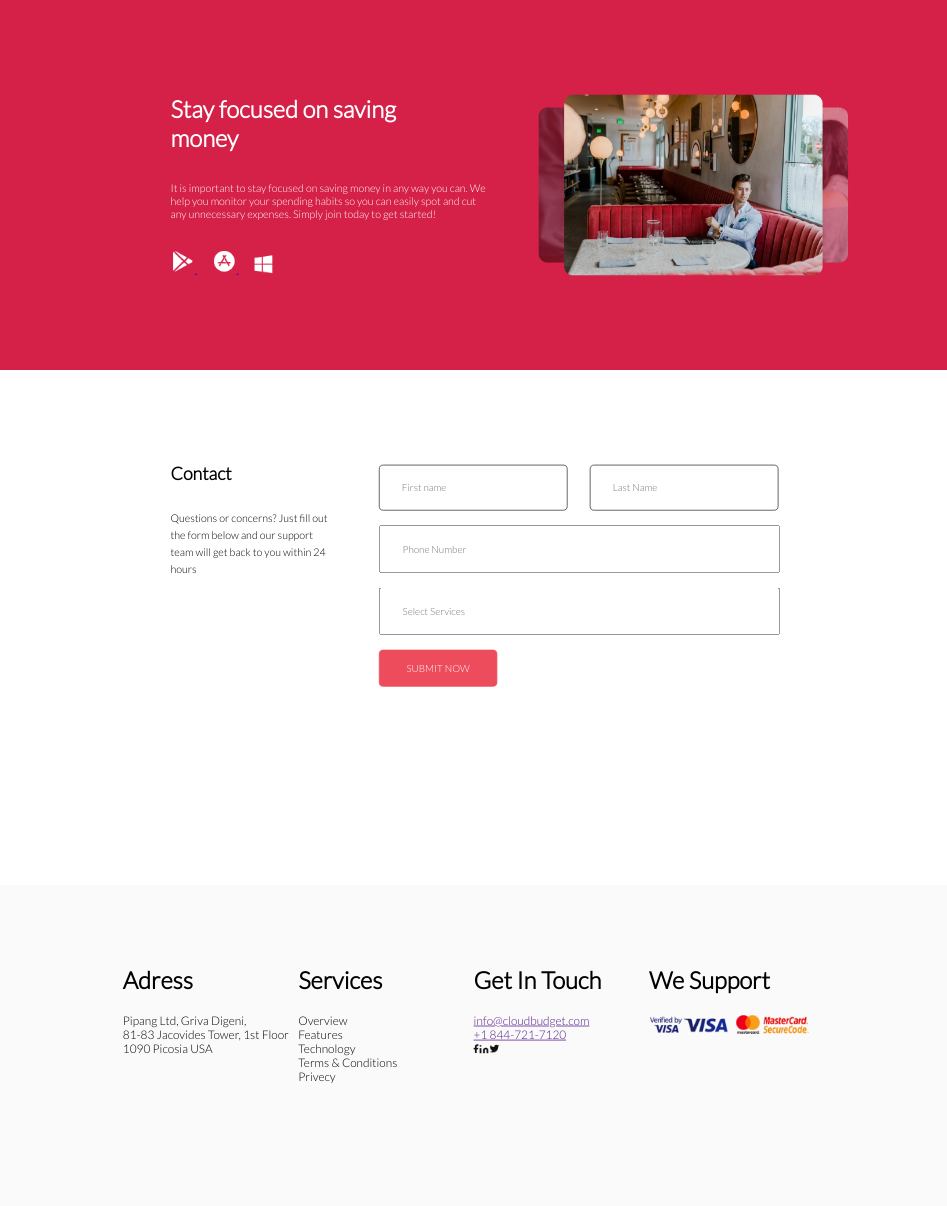
Repository: batonAnton/Cursor_lecture4
Page: index.html
The author's editor kept a copy of each file at every save. The page is drawn from the files as they stood at one save, then again after the next save.
The browser window is 1280 px wide. The pictures show the whole page, at 74% of full size.

Above is the page before, as saved 2022-06-09 15:30:21.

### index.html
<!DOCTYPE html>
<html lang="en">
<head>
    <meta charset="UTF-8">
    <meta http-equiv="X-UA-Compatible" content="IE=edge">
    <meta name="viewport" content="width=device-width, initial-scale=1.0">
    <title>CloudBudget Freebie</title>
    <link rel="preconnect" href="https://fonts.googleapis.com">
    <link rel="preconnect" href="https://fonts.gstatic.com" crossorigin>
    <link href="https://fonts.googleapis.com/css2?family=Lato:wght@300&display=swap" rel="stylesheet">
    <link rel="stylesheet" href="css/style.css">
</head>
<body>
    <header>
        <div class="info-box">
            <h1>Stay focused on saving <br> money</h1>
            <p>It is important to stay focused on saving money in any way you can. We <br> help you monitor your spending habits so you can easily spot and cut <br> any unnecessary expenses. Simply join today to get started!</p>

            <div class="link_source">
                <a href="https://play.google.com/store/games?hl=uk&gl=US">
                    <img src="/image/icon/google_play.png" alt="icon-google">
                </a>
                <a href="https://www.apple.com/ua/app-store/">
                    <img src="/image/icon/apstore.png" alt="icon-apstore">
                </a>
                <a href="https://www.microsoft.com/uk-ua/software-download/windows10">
                    <img src="/image/icon/windows.png" alt="icon-windows">
                </a>
            </div>
        </div>

        <div class="big_img"></div>
    </header>

    <section>
        <div class="info-box">
            <h1>Contact</h1>
            <p>Questions or concerns? Just fill out the form below and our support <br> team will get back to you within 24 hours</p>
        </div>

        <div class="input-fields">
            <form>
                <div>
                    <input type="text" id="fname" placeholder="First name" name="fname">
                    <input type="text" id="lname" placeholder="Last Name" name="lname">
                </div>

                <input type="number" name="" id="number" placeholder="Phone Number">
                <input list="browsers" id="dropdown" placeholder="Select Services" name="service"> <br>
                <datalist id="browsers">
                    <option value="Service1">
                    <option value="Service2">
                    <option value="Service3">
                    <option value="Service4">
                    <option value="Service5">
                </datalist>
                <button>submit now</button>
              </form>
        </div>
    </section>

    <footer>
        <div class="all-block">
            <div class="adress-block">
                <h1>adress</h1>
                <p>
                    Pipang Ltd, Griva Digeni,<br>
                    81-83 Jacovides Tower, 1st Floor <br>
                    1090 Picosia USA
                </p>
            </div>

            <div class="services">
                <h1>services</h1>
                <a href="">overview</a>
                <a href="">features</a>
                <a href="">technology</a>
                <a href="">terms & conditions</a>
                <a href="">privecy</a>
            </div>

            <div class="link-social">
                <h1>Get in Touch</h1>
                <a href="">info@cloudbudget.com</a>
                <a href="">+1 844-721-7120</a>

                <div>
                    <a href="">
                        <img src="/image/footer/facebook.png" alt="facebook-link">
                    </a>

                    <a href="">
                        <img src="/image/footer/feather-linkedin.png" alt="linkdn">
                    </a>

                    <a href="">
                        <img src="/image/footer/tweeter.png" alt="tweeter-img">
                    </a>
                </div>
            </div>

            <div class="paymants">
                <h1>We Support</h1>
                <img src="/image/footer/secure-p-1 1.png" alt="img pay">
            </div>
        </div>

    </footer>
</body>
</html>

### css/style.css
* {
  font-family: "Lato", sans-serif;
  font-weight: 400;
  margin: 0;
  padding: 0;
  box-sizing: border-box;
}

h1 {
  font-weight: 600;
}

header {
  width: 100%;
  height: 20%;
  padding: 10%;
  color: #ffffff;
  display: inline-flex;
  background-color: #d52047;
}

.info-box {
  width: 80%;
  margin-left: 10%;
}

.info-box p {
  width: 90%;
  margin: 40px 0;
  font-size: 0.9rem;
}

.link_source a {
  margin-left: -19px;
  padding: 0 20px;
}

.big_img {
  background-image: url("/image/Photo.png");
  width: 70%;
  background-repeat: no-repeat;
  background-position: center;
  background-size: contain;
}

/* Section */
section {
  color: #000000;
  display: inline-flex;
  padding: 10%;
  width: 100%;
  margin-bottom: 120px;
}

section .info-box {
  width: 80%;
  color: #000000;
  line-height: 140%;
}

section .info-box h1 {
  font-weight: 600;
}

#fname,
#lname {
  width: 255px;
  height: 60px;
  border: 1px solid #333333;
  border-radius: 6px;
}

.input-fields input {
  width: 95%;
  height: 60px;
  padding: 30px;
}

form div {
  display: inline-flex;
}
form input,
button {
  margin-left: 30px;
  margin-bottom: 20px;
  /* margin: 0px 0px 30px 10px; */
}

.input-fields {
  margin-right: 100px;
}

button {
  background-color: #ed4c5c;
  color: #ffffff;
  width: 160px;
  height: 50px;
  border: 1.5px solid #ed4c5c;
  border-radius: 6px;
  text-transform: uppercase;
}

footer {
  background-color: #fafafa;
  margin: 0px auto 0px auto;
}

.all-block {
  display: inline-flex;
  padding: 85px 166px 166px 166px;
  margin: 0 auto;
  width: 100%;
}

.all-block div {
  width: 30%;
  /* padding: 0 15% 0 15%; */
}

footer h1 {
  font-style: normal;
  font-weight: 700;
  line-height: 22px;
  text-transform: capitalize;
  margin-bottom: 33px;
  margin-top: 33px;
}

.services,
.link-social a {
  display: grid;
}

.services a {
  text-transform: capitalize;
  text-decoration: none;
  color: #000000;
}

.link-social div {
  display: inline-flex;
}

After the next save:
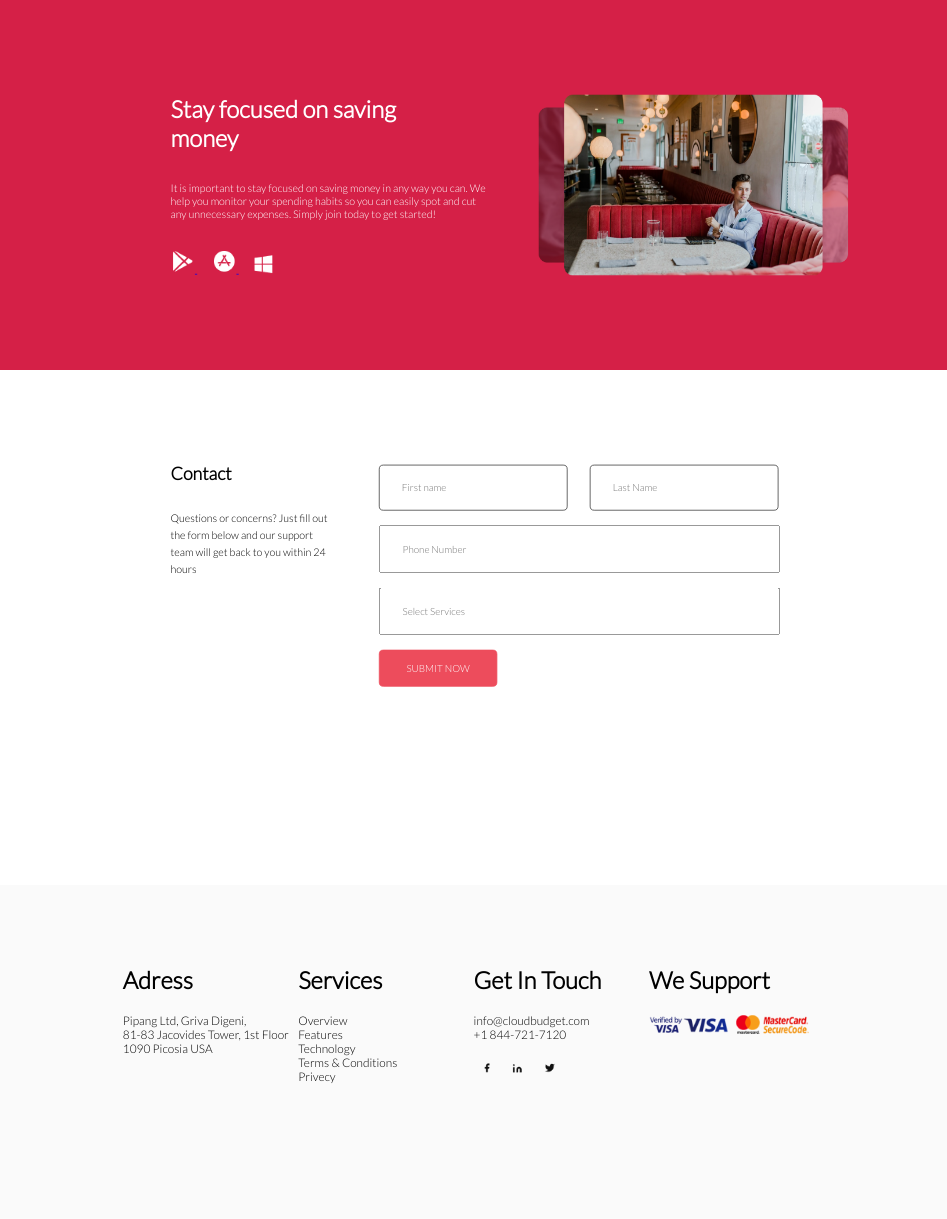
Saved 5 min 5 s later.
--- a/css/style.css
+++ b/css/style.css
@@ -126,17 +126,21 @@ footer h1 {
   margin-top: 33px;
 }
 
-.services,
+.services a,
 .link-social a {
   display: grid;
+  text-decoration: none;
+  color: #000000;
 }
 
 .services a {
   text-transform: capitalize;
-  text-decoration: none;
-  color: #000000;
 }
 
 .link-social div {
   display: inline-flex;
 }
+
+.link-social div a {
+  margin: 30px 15px;
+}
